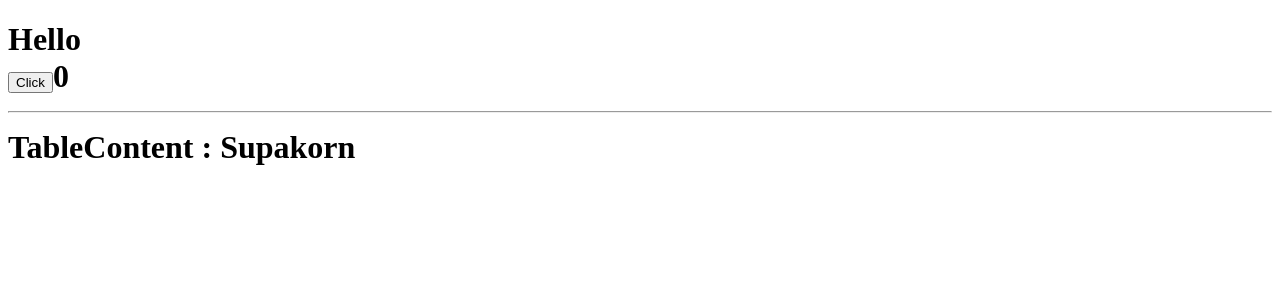
Repository: supakorn5039-boon/React-s
Page: /
These files come from the project's save history. The page is drawn as it stood at one moment and after a run of saves; the edit follows.
The browser window is 1280 px wide. The pictures show the whole page.
The project was rebuilt for these pictures with package versions that can differ from the ones it lists, and the page was loaded fresh each time. Also part of the build but not shown: vite.config.js.

Above is the page before, as saved 2024-01-09 08:50:34.

After the next 5 saves:
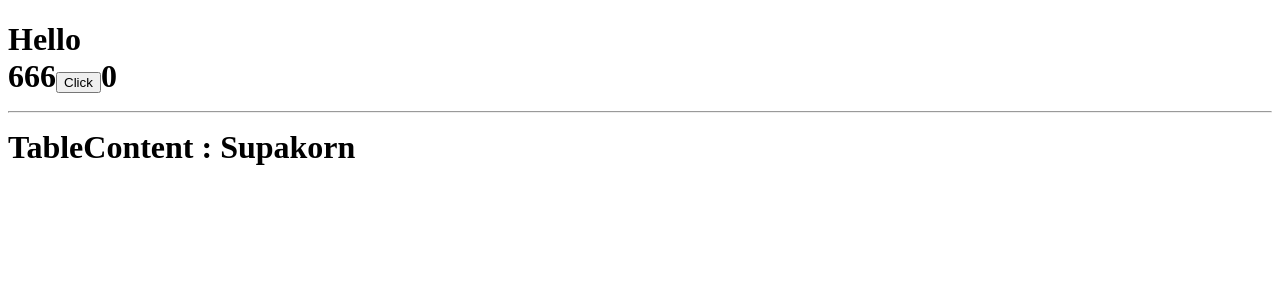
The 5 saves are shown as one change because 2 did not build or start and some came seconds apart.
The last was saved 26 s later.
--- a/src/components/Navbar.jsx
+++ b/src/components/Navbar.jsx
@@ -7,12 +7,9 @@ export default function Navbar({ setData }) {
     setS(s + 1);
   };
 
-
   return (
     <div>
-    {
-
-    }
+      {s > 5 ? 555 : 666}
 
       <button onClick={() => handleClick()}>Click</button>
       {s}
